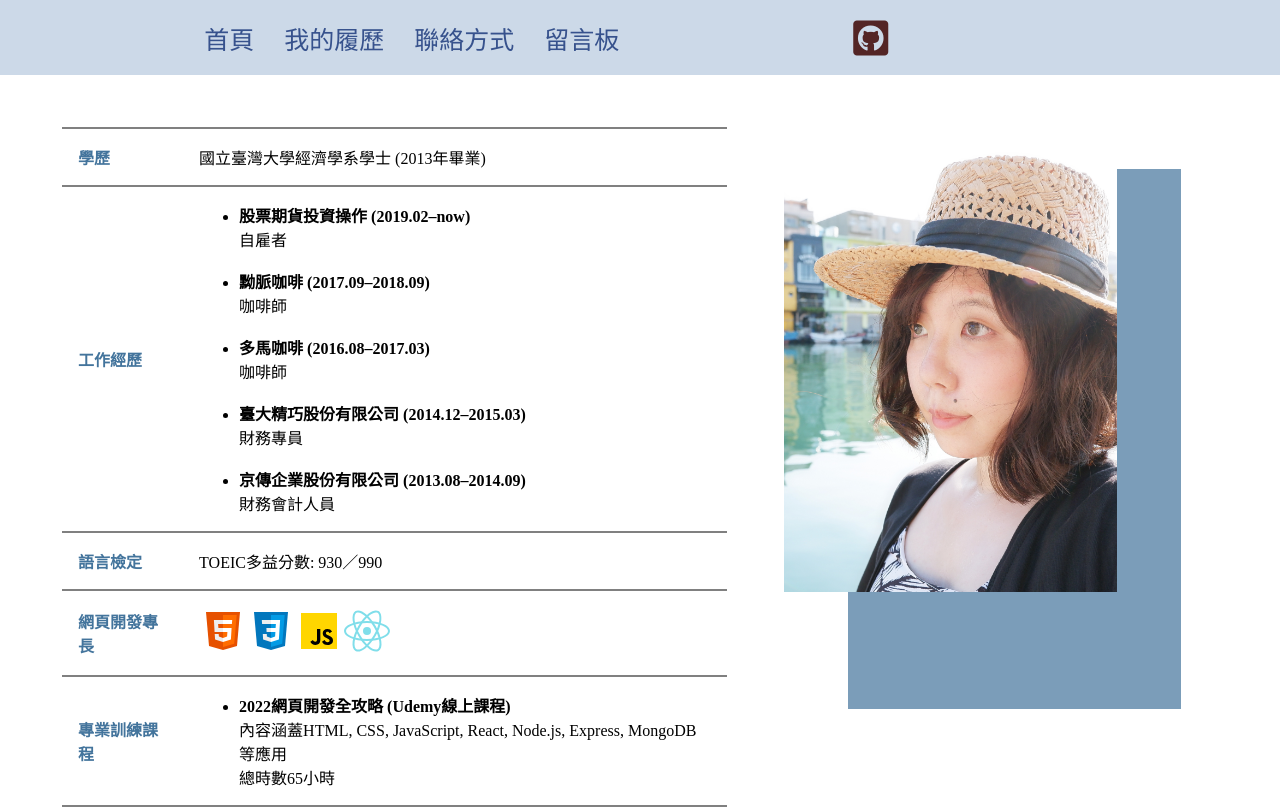
Repository: lcjyc/portfolio-website
Page: /resume
The author's editor kept a copy of each file at every save. The page is drawn from the files as they stood at one save, then again after the next save.
The browser window is 1280 px wide. The pictures show the whole page.
The project was rebuilt for these pictures with package versions that can differ from the ones it lists, and the page was loaded fresh each time. Also part of the build but not shown: src/pages/home/home.css, src/pages/home/Home.jsx, src/pages/contact/contact.css, src/pages/contact/Contact.jsx.

Above is the page before, as saved 2022-08-20 09:40:25.

### public/index.html
<!DOCTYPE html>
<html lang="zh-tw">
  <head>
    <meta charset="utf-8" />
    <meta name="viewport" content="width=device-width, initial-scale=1" />
    <meta name="theme-color" content="#000000" />
    <meta
      name="description"
      content="Web site created using create-react-app"
    />
    <link
      href="https://fonts.googleapis.com/css2?family=Josefin+Sans:wght@100;200;300;400;500;600;700&family=Lora:ital@0;1&family=Varela&family=Varela+Round&display=swap"
      rel="stylesheet"
    />
    <link
      rel="stylesheet"
      href="https://cdnjs.cloudflare.com/ajax/libs/font-awesome/5.15.3/css/all.min.css"
      integrity="sha512-iBBXm8fW90+nuLcSKlbmrPcLa0OT92xO1BIsZ+ywDWZCvqsWgccV3gFoRBv0z+8dLJgyAHIhR35VZc2oM/gI1w=="
      crossorigin="anonymous"
    />
    <style>
      * {
        margin: 0;
      }
    </style>
    <style>
      .link {
        text-decoration: none;
        color: inherit;
      }
    </style>
    <title>Lesley Chen|Portfolio</title>
  </head>

  <body>
    <noscript>You need to enable JavaScript to run this app.</noscript>
    <div id="root"></div>
  </body>
</html>

### src/App.js
import TopBar from "./components/topbar/TopBar";
import Home from "./pages/home/Home";
import Resume from "./pages/resume/Resume";
import Contact from "./pages/contact/Contact";
import { BrowserRouter as Router, Routes, Route } from "react-router-dom";

function App() {
  return (
    <Router>
      <TopBar />
      <Routes>
        <Route path="/" element={<Home />} />
        <Route path="/resume" element={<Resume />} />
        <Route path="/contact" element={<Contact />} />
      </Routes>
    </Router>
  );
}

export default App;

### src/components/topbar/TopBar.jsx
import { Link } from "react-router-dom";
import "./topbar.css";

export default function TopBar() {
  return (
    <div className="top">
      <div className="topLeft">
        <ul className="topList">
          <li className="topListItem">
            <Link className="link" to="/">
              首頁
            </Link>
          </li>
          <li className="topListItem">
            <Link className="link" to="/resume">
              我的履歷
            </Link>
          </li>
          <li className="topListItem">
            <Link className="link" to="/contact">
              聯絡方式
            </Link>
          </li>
          <li className="topListItem">
            <Link className="link" to="/bulletin">
              留言板
            </Link>
          </li>
        </ul>
      </div>
      <div className="topRight">
        <a href="https://github.com/lcjyc/">
          <i className="topIcon fab fa-github-square"></i>
        </a>
      </div>
    </div>
  );
}

### src/pages/resume/Resume.jsx
import React from "react";
import resumePic from "../../images/resume-pic.jpg";
import htmlIcon from "../../icons/icons8-html-5.svg";
import cssIcon from "../../icons/icons8-css3.svg";
import jsIcon from "../../icons/icons8-javascript.svg";
import reactIcon from "../../icons/icons8-react-native.svg";

import "./resume.css";

export default function Resume() {
  return (
    <div className="resume">
      <section className="table">
        <table>
          <tr className="tabletop">
            <td>
              <h4>學歷</h4>
            </td>
            <td>國立臺灣大學經濟學系學士 (2013年畢業)</td>
          </tr>
          <tr>
            <td>
              <h4>工作經歷</h4>
            </td>
            <td>
              <ul>
                <li>股票期貨投資操作 (2019.02–now)</li>
                <p>自雇者</p>
                <br />
                <li>黝脈咖啡 (2017.09–2018.09)</li>
                <p>咖啡師</p>
                <br />
                <li>多馬咖啡 (2016.08–2017.03)</li>
                <p>咖啡師</p>
                <br />
                <li>臺大精巧股份有限公司 (2014.12–2015.03)</li>
                <p>財務專員</p>
                <br />
                <li>京傳企業股份有限公司 (2013.08–2014.09)</li>
                <p>財務會計人員</p>
              </ul>
            </td>
          </tr>
          <tr>
            <td>
              <h4>語言檢定</h4>
            </td>
            <td>TOEIC多益分數: 930／990</td>
          </tr>
          <tr>
            <td>
              <h4>網頁開發專長</h4>
            </td>
            <td>
              <img src={htmlIcon} title="HTML5" alt="HTML5" />
              <img src={cssIcon} title="CSS3" alt="CSS3" />
              <img src={jsIcon} title="JavaScript" alt="JavaScript" />
              <img src={reactIcon} title="React" alt="React" />
            </td>
          </tr>
          <tr>
            <td>
              <h4>專業訓練課程</h4>
            </td>
            <td>
              <ul>
                <li>2022網頁開發全攻略 (Udemy線上課程)</li>
                <p>
                  內容涵蓋HTML, CSS, JavaScript, React, Node.js, Express,
                  MongoDB 等應用
                </p>
                <p>總時數65小時</p>
              </ul>
            </td>
          </tr>
        </table>
      </section>

      <section class="picture">
        <img src={resumePic} alt="" />
        <div class="Rectangle"></div>
      </section>
    </div>
  );
}

### src/components/topbar/topbar.css
.top {
  width: 100%;
  height: 6vh;
  background-color: rgb(154, 179, 210, 0.5);
  position: sticky;
  top: 0;
  padding: 1rem 0rem;
  display: flex;
  align-items: center;
  z-index: 999;
}

.topLeft {
  flex: 6;
  display: flex;
  align-items: center;
  justify-content: center;
}

.topRight {
  flex: 3;
  display: flex;
}

.topIcon {
  font-size: 40px;
  margin-right: 10px;
  color: rgb(83, 37, 37);
  cursor: pointer;
}

.topImg {
  width: 40px;
  height: 40px;
  border-radius: 50%;
  object-fit: cover;
  cursor: pointer;
}

.topList {
  display: flex;
  justify-content: center;
  margin: 0;
  padding: 0;
  list-style: none;
}

.topListItem {
  margin-right: 30px;
  font-size: 25px;
  color: rgb(55, 82, 141);
  cursor: pointer;
}

.topListItem :hover {
  color: white;
}

### src/pages/resume/resume.css
.resume {
  display: flex;
  flex-wrap: wrap;
  padding-top: 3vh;
}

.table {
  width: 70%;
  flex: 3 1 600px;
  padding: 0rem 2rem;
  margin: 30px 0px 0px 30px;
}

.tabletop {
  border-top: 2px solid gray;
}

.table > table {
  border-collapse: collapse;
}

.table > table > tr {
  border-bottom: 2px solid gray;
  transition: all 0.2s ease;
}

.table > table > tr > td {
  padding: 1rem;
}

.table > table > tr > td > h4 {
  color: rgb(67, 116, 156);
}

.table > table > tr > td > ul > li {
  font-weight: bold;
}

.table > table > tr:hover {
  background-color: rgb(154, 179, 210, 0.5);
}

.picture {
  flex: 1 1 500px;
  position: relative;
}

.picture > img {
  width: 26vw;
  position: absolute;
  top: 7vh;
  left: 2vw;
}

.Rectangle {
  width: 26vw;
  height: 75vh;
  background-color: rgb(67, 116, 156, 0.7);
  position: absolute;
  top: 10vh;
  left: 7vw;
  z-index: -1;
}

Loaded but not shown: src/index.js (common file)

After the next save:
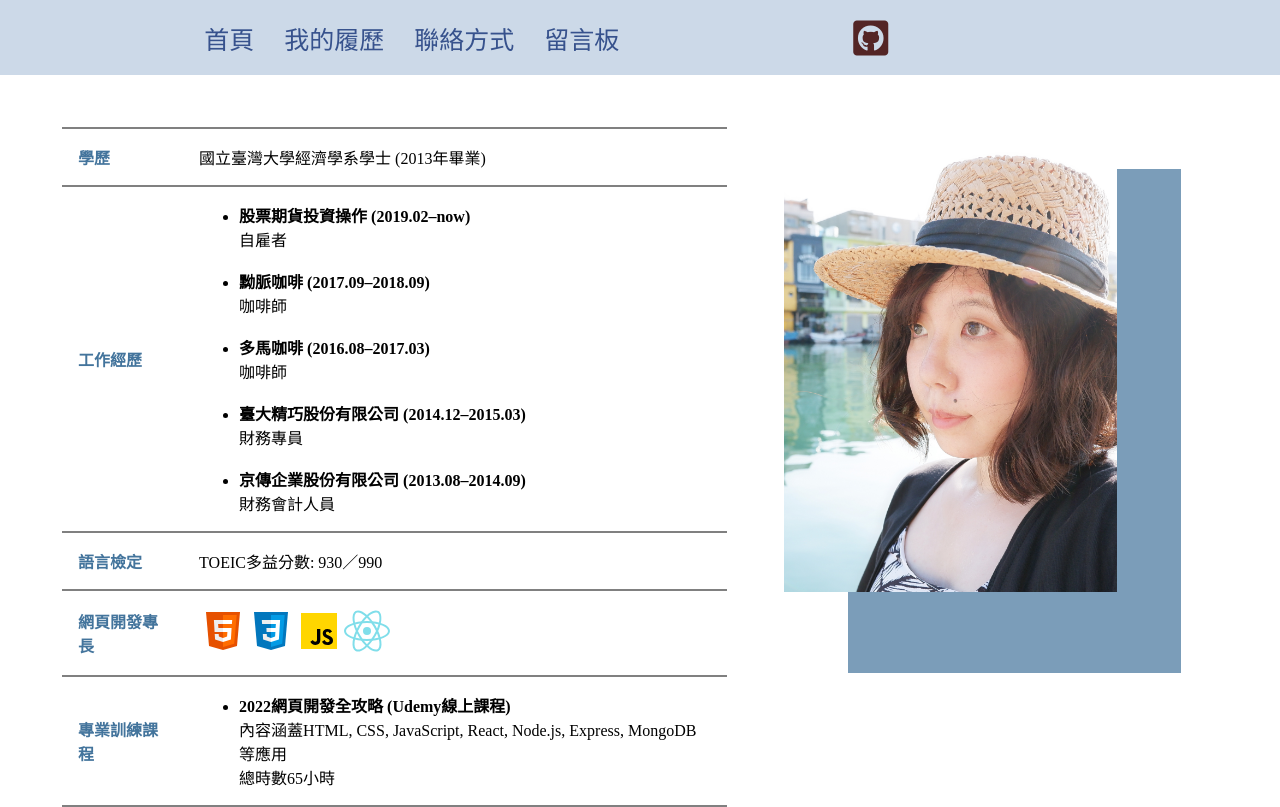
Saved 15 s later.
--- a/src/pages/resume/resume.css
+++ b/src/pages/resume/resume.css
@@ -54,7 +54,7 @@
 
 .Rectangle {
   width: 26vw;
-  height: 75vh;
+  height: 70vh;
   background-color: rgb(67, 116, 156, 0.7);
   position: absolute;
   top: 10vh;
